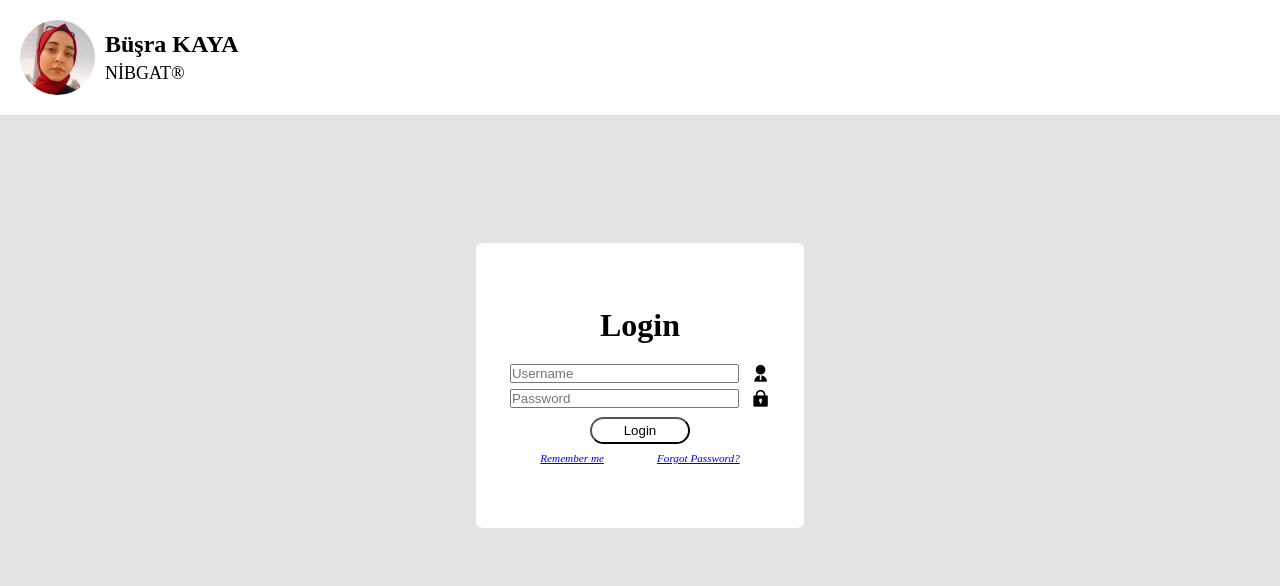
Repository: busra-kayaa/LoginPage
Page: login.html
An editor plug-in stored every save of this project. The page is shown before and after the next save, followed by the edit.
The browser window is 1280 px wide. The pictures show the whole page.

Above is the page before, as saved 2024-01-05 09:22:01.

After the next save:
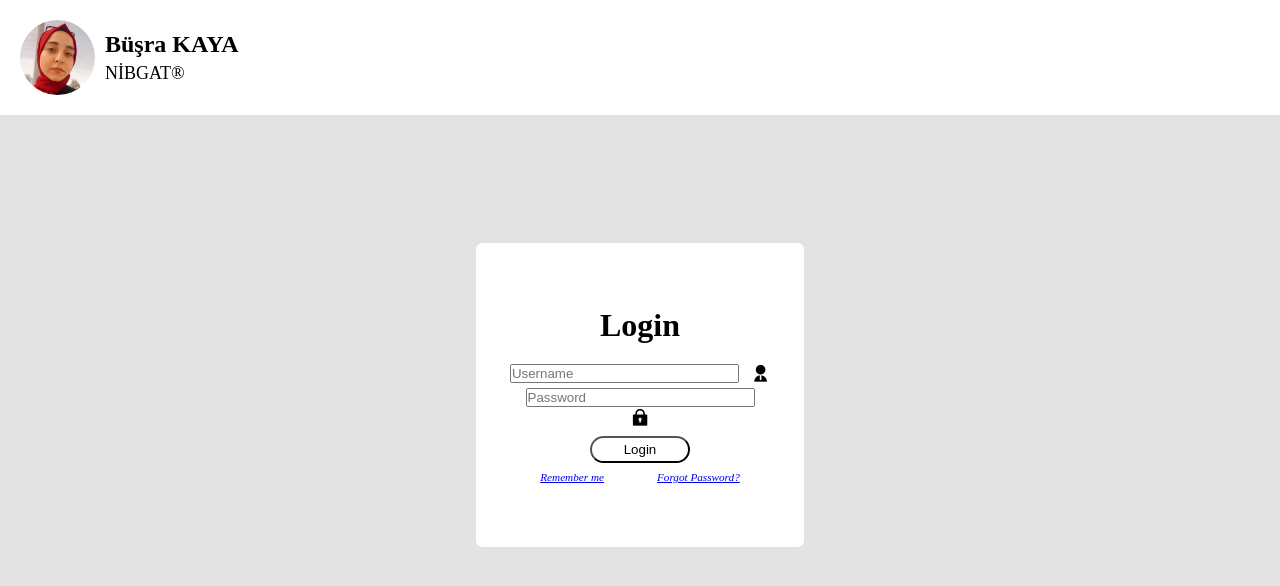
Saved 32 s later.
--- a/style.css
+++ b/style.css
@@ -81,7 +81,6 @@ body {
 
 .input-group2 {
     display: grid;
-    grid-template-columns: 1fr max-content;
     column-gap: .75rem;
     align-items: center;
 

After the save that followed:
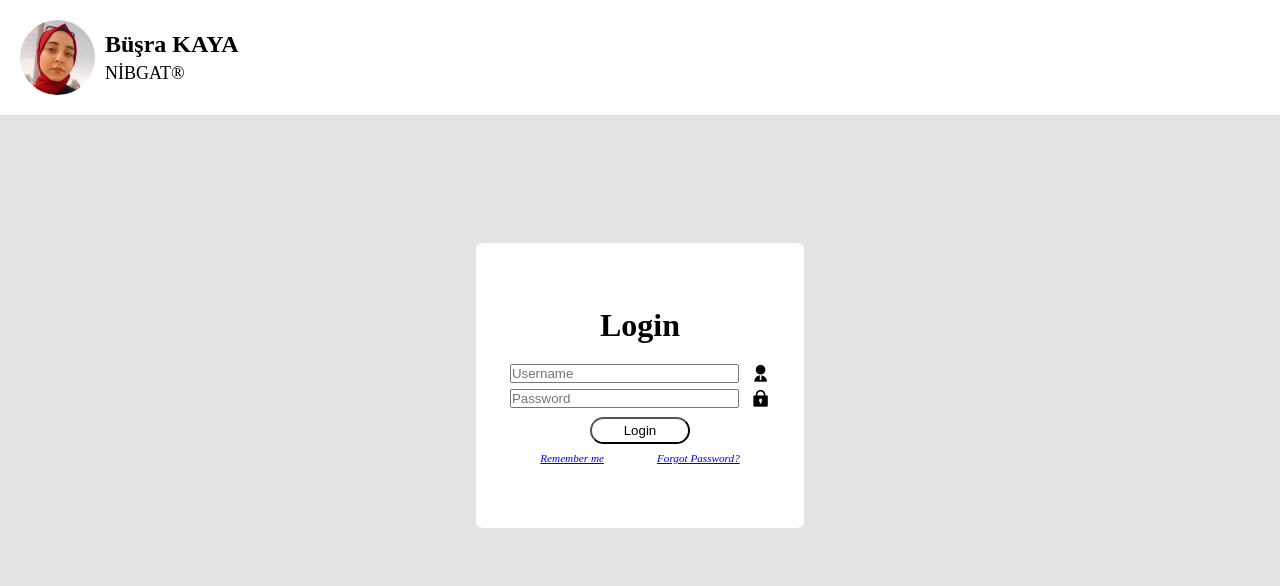
Saved 11 s later.
--- a/style.css
+++ b/style.css
@@ -81,6 +81,7 @@ body {
 
 .input-group2 {
     display: grid;
+    grid-template-columns: 1fr max-content;
     column-gap: .75rem;
     align-items: center;
 
